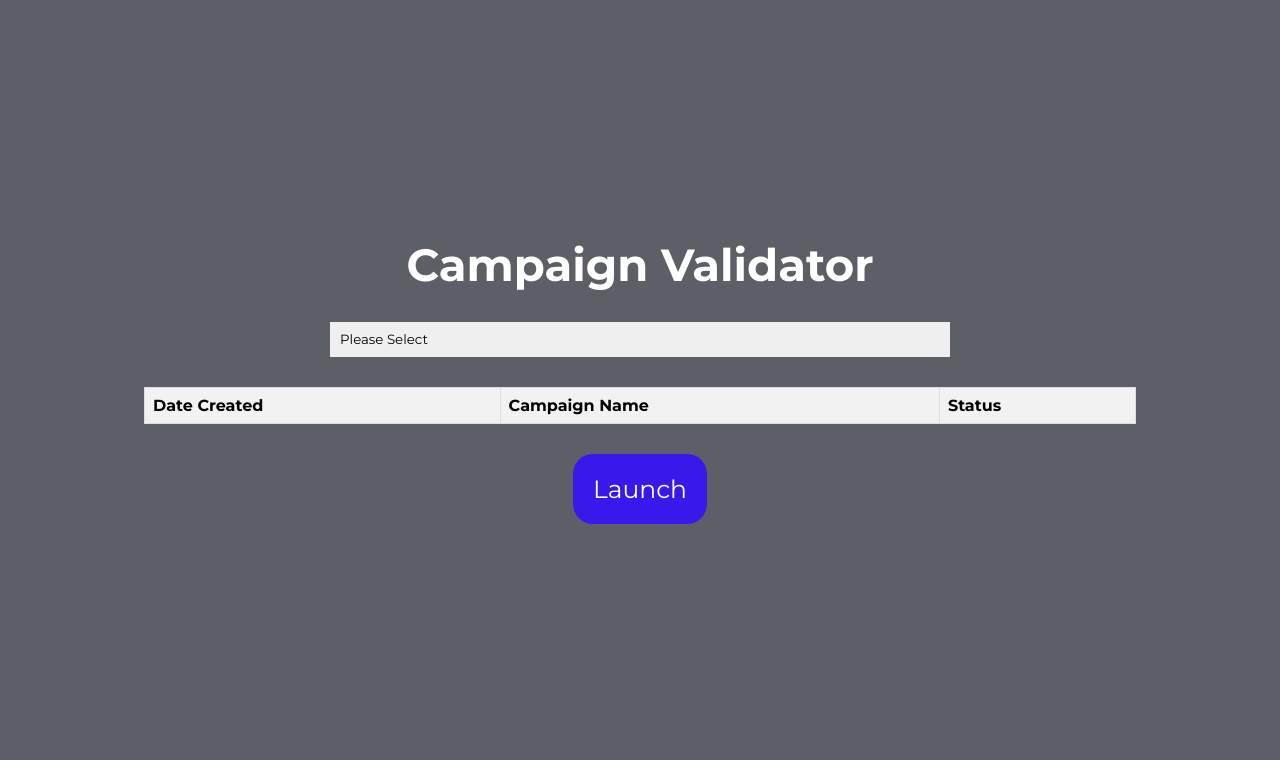
Repository: AbApin/project
Page: / (app in frontend/)
The author's editor kept a copy of each file at every save. The page is drawn from the files as they stood at one save, then again after the next save.
The browser window is 1280 px wide. The pictures show the whole page.
The page's requests for data from a server got no answer. The project was rebuilt for these pictures with package versions that can differ from the ones it lists, and the page was loaded fresh each time. No one was signed in, and anything a server would have sent is missing. Also part of the build but not shown: frontend/vue.config.js.

Above is the page before, as saved 2023-02-22 11:08:22.

### frontend/public/index.html
<!DOCTYPE html>
<html lang="">
  <head>
    <meta charset="utf-8" />
    <meta http-equiv="X-UA-Compatible" content="IE=edge" />
    <meta name="viewport" content="width=device-width,initial-scale=1.0" />
    <link rel="icon" href="<%= BASE_URL %>favicon.ico" />
    <title><%= htmlWebpackPlugin.options.title %></title>
    <link
      href="https://fonts.googleapis.com/css?family=Montserrat:100,200,300,regular,500,600,700,800,900,100italic,200italic,300italic,italic,500italic,600italic,700italic,800italic,900italic"
      rel="stylesheet"
    />
  </head>
  <body>
    <noscript>
      <strong
        >We're sorry but <%= htmlWebpackPlugin.options.title %> doesn't work properly without
        JavaScript enabled. Please enable it to continue.</strong
      >
    </noscript>
    <div id="app"></div>
    <!-- built files will be auto injected -->
  </body>
</html>

### frontend/src/App.vue
<template>
  <div id="app">
    <h1 class="appTitle">Campaign Validator</h1>
    <select class="campaignsList" v-model="selectedCampaign">
      <option class="campaignOption" disabled value="">Please Select</option>
      <option
        class="campaignOption"
        :value="campaign"
        v-for="campaign in campaigns"
        :key="campaign.id"
      >
        {{ campaign.name }}
      </option>
    </select>
    <table>
      <thead>
        <tr>
          <th>Date Created</th>
          <th>Campaign Name</th>
          <th>Status</th>
        </tr>
      </thead>
      <tbody>
        <tr v-for="test in tests" :key="test.id">
          <td>{{ test.date }}</td>
          <td>{{ test.campaign }}</td>
          <td :class="test.status ? 'status-passed' : 'status-failed'">
            {{ test.status ? 'Passed' : 'Failed' }}
          </td>
        </tr>
      </tbody>
    </table>
    <button class="launchBtn" @click="createTest">launch</button>
  </div>
</template>

<script>
import axios from 'axios';

export default {
  name: 'App',
  data() {
    return {
      selectedCampaign: '',
      campaigns: [],
      tests: [],
    };
  },
  async mounted() {
    await axios
      .get('/api/campaigns')
      .then((response) => {
        this.campaigns = response.data.campaigns;
      })
      .catch((error) => {
        console.log(error);
      });

    await axios
      .get('/api/tests')
      .then((response) => {
        this.tests = response.data;
      })
      .catch((error) => {
        console.log(error);
      });
  },
  methods: {
    async createTest() {
      await axios
        .post(`/api/tests/${this.selectedCampaign.name}`)
        .then((response) => {
          this.tests = response.data;
        })
        .catch((error) => {
          console.log(error);
        });
    },
  },
};
</script>

<style>
* {
  margin: 0;
  padding: 0;
  box-sizing: 0;
  font-family: 'Montserrat', sans-serif;
}
#app {
  background: #5d5f66;
  display: flex;
  align-items: center;
  justify-content: center;
  flex-direction: column;
  gap: 30px;
  padding: 20px;
  height: 100vh;
}
.appTitle {
  font-size: 45px;
  color: #fff;
}
.launchBtn {
  font-size: 25px;
  text-transform: capitalize;
  padding: 20px;
  border-radius: 20px;
  border: 0;
  background: rgba(55, 25, 235, 1);
  color: #fff;
  cursor: pointer;
  transition: all 0.3s ease-in;
}
.launchBtn:hover {
  box-shadow: 0 0 10px rgba(55, 25, 235, 1);
}
.campaignsList {
  max-width: 50%;
  width: 100%;
  border: 0;
  padding: 10px;
  outline: 0;
  -webkit-appearance: none;
  -moz-appearance: none;
  appearance: none;
}
.campaignOption {
  -webkit-appearance: none;
  -moz-appearance: none;
  appearance: none;
  padding: 10px !important;
  background: gray;
  color: #fff;
  transition: all 0.3s linear;
}
.campaignOption:hover {
  background: #e74c3c !important;
}

/* table */
table {
  border-collapse: collapse;
  width: 80%;
}
thead th {
  background-color: #f2f2f2;
  border: 1px solid #ddd;
  padding: 8px;
  text-align: left;
}
tbody td {
  border: 1px solid #ddd;
  padding: 8px;
}
tbody tr {
  background-color: #ddd;
}
tbody tr:hover {
  background-color: #fff;
}
.status-passed {
  color: green;
}
.status-failed {
  color: red;
}
</style>

Loaded but not shown: frontend/src/main.js (common file)

After the next save:
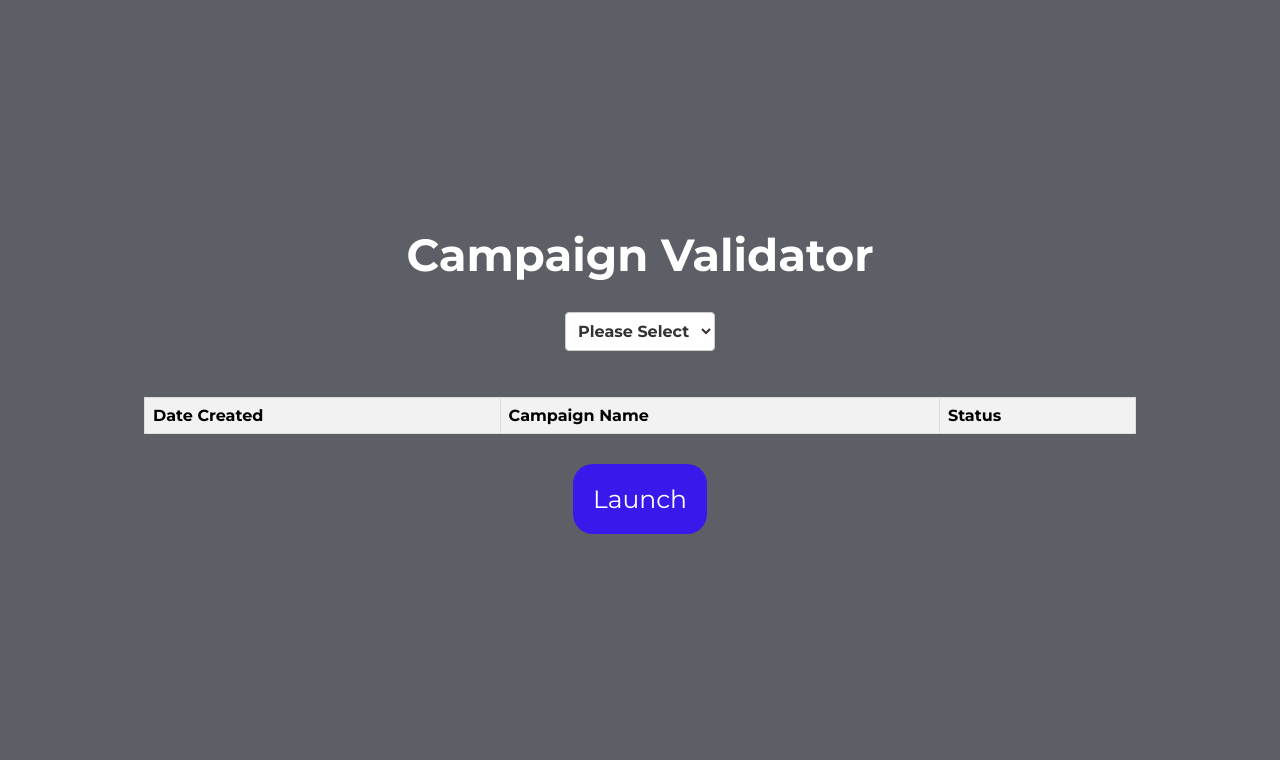
Saved 71 s later.
--- a/frontend/src/App.vue
+++ b/frontend/src/App.vue
@@ -115,27 +115,36 @@ export default {
 .launchBtn:hover {
   box-shadow: 0 0 10px rgba(55, 25, 235, 1);
 }
-.campaignsList {
-  max-width: 50%;
-  width: 100%;
-  border: 0;
-  padding: 10px;
-  outline: 0;
-  -webkit-appearance: none;
-  -moz-appearance: none;
-  appearance: none;
+select.campaignsList {
+  font-size: 16px;
+  font-weight: bold;
+  color: #333;
+  padding: 8px;
+  margin-bottom: 16px;
+  border: 1px solid #ccc;
+  border-radius: 4px;
+  background-color: #fff;
+  cursor: pointer;
+  transition: all 0.3s;
 }
+
+select.campaignsList:hover {
+  border-color: #999;
+}
+
+select.campaignsList:focus {
+  outline: none;
+  border-color: #4d90fe;
+  box-shadow: 0 0 0 2px rgba(77, 144, 254, 0.2);
+}
+
 .campaignOption {
-  -webkit-appearance: none;
-  -moz-appearance: none;
-  appearance: none;
-  padding: 10px !important;
-  background: gray;
-  color: #fff;
-  transition: all 0.3s linear;
+  font-size: 14px;
+  font-weight: normal;
 }
+
 .campaignOption:hover {
-  background: #e74c3c !important;
+  background-color: #f2f2f2;
 }
 
 /* table */
